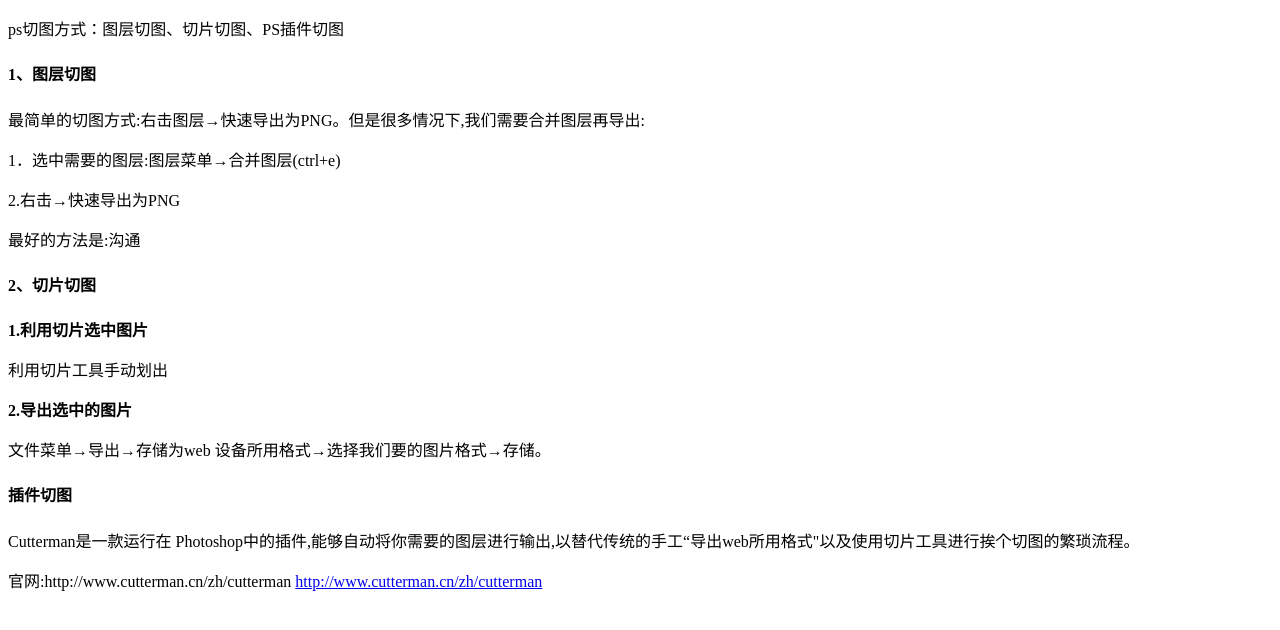
Repository: zhengdeya/web-based
Page: 38-PS切图.html
An editor plug-in stored every save of this project. The page is shown before and after the next save, followed by the edit.
The browser window is 1280 px wide. The pictures show the whole page.

Above is the page before, as saved 2021-04-14 19:40:46.

After the next save:
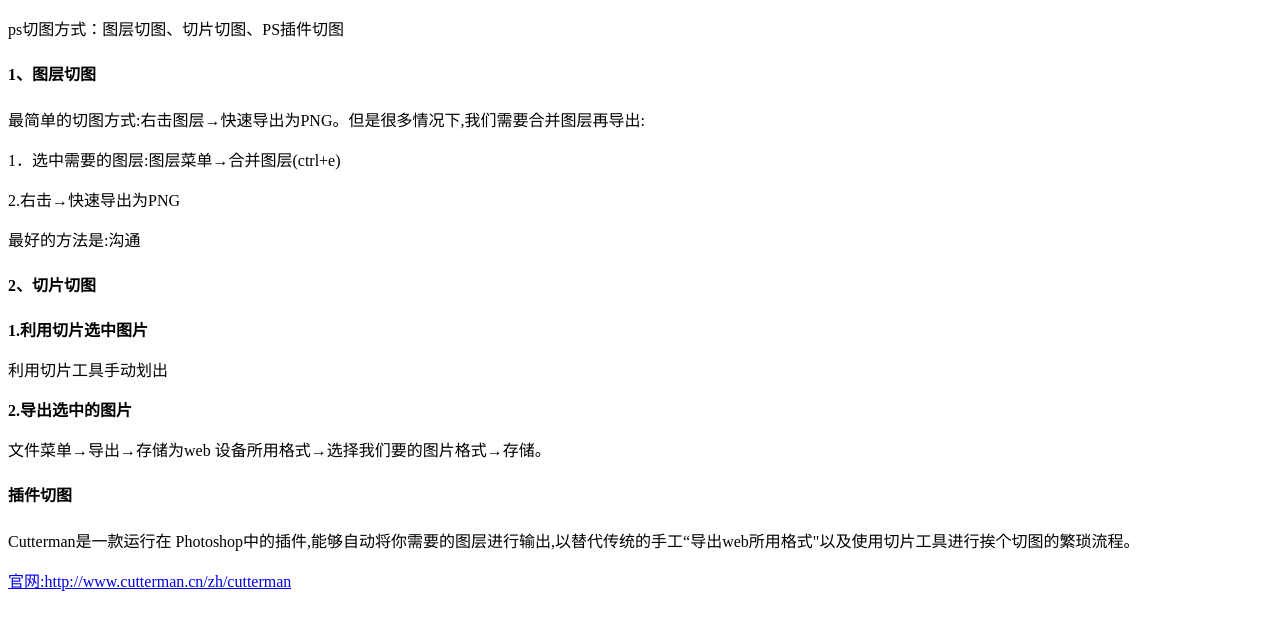
Saved 26 s later.
--- a/38-PS切图.html
+++ b/38-PS切图.html
@@ -24,9 +24,9 @@
 
     <h4>插件切图</h4>
     <p>Cutterman是一款运行在 Photoshop中的插件,能够自动将你需要的图层进行输出,以替代传统的手工“导出web所用格式"以及使用切片工具进行挨个切图的繁琐流程。</p>
-    <p>官网:http://www.cutterman.cn/zh/cutterman
-        <a href="http://www.cutterman.cn/zh/cutterman">http://www.cutterman.cn/zh/cutterman</a>
-    </p>
+
+    <a href="http://www.cutterman.cn/zh/cutterman">官网:http://www.cutterman.cn/zh/cutterman</a>
+
 
 </body>
 
